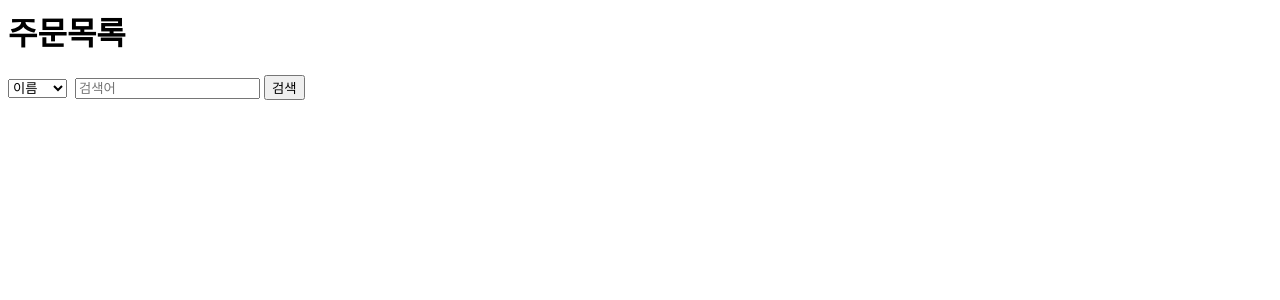
Repository: haegoal/web
Page: http://localhost/shop/purchase/list.jsp
The author's editor kept a copy of each file at every save. The page is drawn from the files as they stood at one save, then again after the next save.
The browser window is 1280 px wide. The pictures show the whole page.
The page is served by Tomcat 9.

Above is the page before, as saved 2023-08-11 02:12:01.
Console error: ReferenceError: Handlebars is not defined

After the next save:
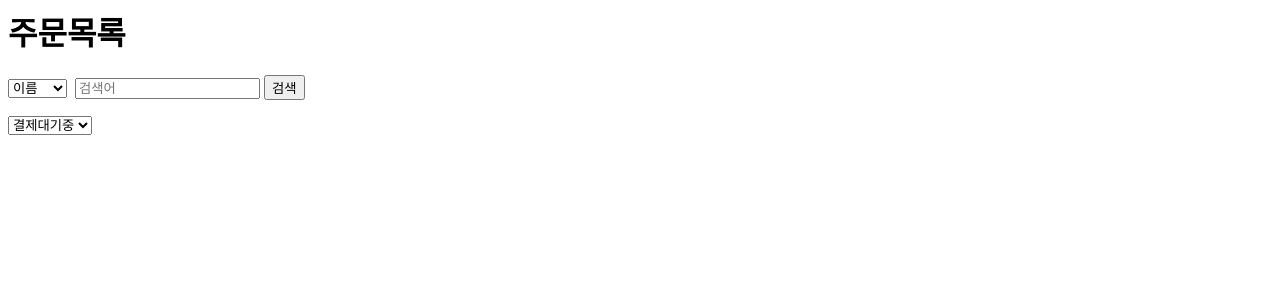
Saved 110 s later.
--- a/shop/src/main/webapp/purchase/list.jsp
+++ b/shop/src/main/webapp/purchase/list.jsp
@@ -16,6 +16,15 @@
             		<input class="btn btn-primary" value="검색" type="submit">
             		</div>
             	</form>
+            	<div class="col">
+            		<select class="form-select status">
+						<option value="0" {{select status 0}}>결제대기중</option>
+						<option value="1" {{select status 1}}>결제완료</option>
+						<option value="2" {{select status 2}}>배송준비</option>
+						<option value="3" {{select status 3}}>배송중</option>
+						<option value="4" {{select status 4}}>배송완료</option>
+					</select>
+            	</div>
             </div>
              <div id="div_pur"></div>
              <div id="pagination" class="pagination justify-content-center"></div>
